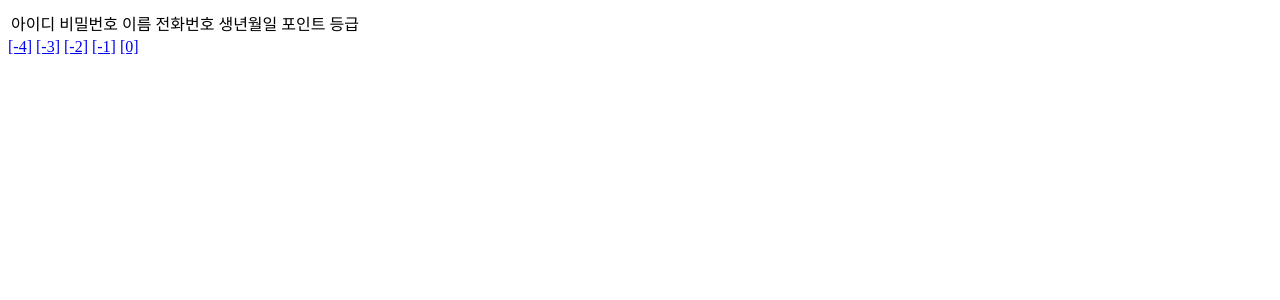
Repository: nobley3/EclipseIDE
Page: http://localhost/pageprj0911/list2.page
The author's editor kept a copy of each file at every save. The page is drawn from the files as they stood at one save, then again after a run of saves.
The browser window is 1280 px wide. The pictures show the whole page.
The page is served by Tomcat 9. Queries for data that is not in the repository find no rows.

Above is the page before, as saved 2023-09-11 05:42:01.

After the next 2 saves:
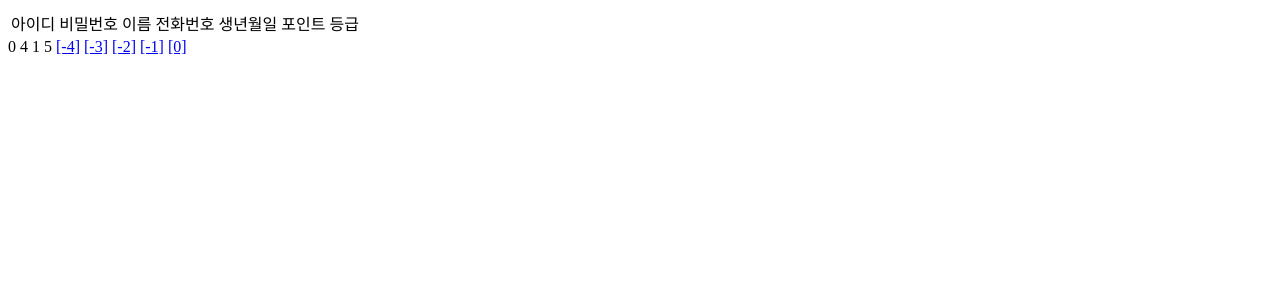
The 2 saves are shown as one change because they came seconds apart.
The last was saved 96 s later.
--- a/pageprj0911/src/main/webapp/WEB-INF/views/listPage2.jsp
+++ b/pageprj0911/src/main/webapp/WEB-INF/views/listPage2.jsp
@@ -49,10 +49,10 @@
 	Integer currentPage = (Integer) request.getAttribute("currentPage");
 	Integer grpSize = (Integer) request.getAttribute("grpSize");
 
-	//out.println(totalCnt);
-	//out.println(pageSize);
-	//out.println(currentPage);
-	//out.println(grpSize);
+	out.println(totalCnt);
+	out.println(pageSize);
+	out.println(currentPage);
+	out.println(grpSize);
 
 	int totalPage = 0;
 	int currentGrp = 0;
